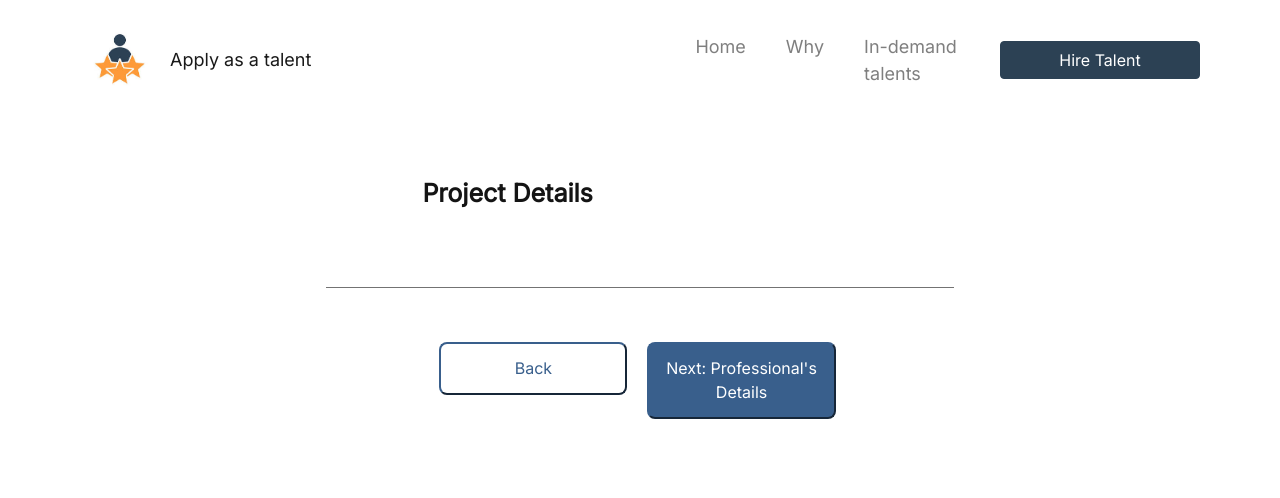
Repository: Ashwe9/talent-hire-reactJs
Page: /projectdetails
The author's editor kept a copy of each file at every save. The page is drawn from the files as they stood at one save, then again after the next save.
The browser window is 1280 px wide. The pictures show the whole page.
The project was rebuilt for these pictures with package versions that can differ from the ones it lists, and the page was loaded fresh each time. Also part of the build but not shown: src/homePage/components/TrustedBy/TrustedBy.css, src/homePage/components/TrustedBy/TrustedBy.js, src/homePage/components/Roles/Roles.css, src/homePage/components/Roles/Roles.js, src/homePage/components/homePageFooter/HomePageFooter.css, src/homePage/components/homePageFooter/HomePageFooter.js, src/homePage/HomePage.js, src/kpisPage/Header.js and 5 more.

Above is the page before, as saved 2022-08-20 12:50:07.

### public/index.html
<!DOCTYPE html>
<html lang="en">
  <head>
    <meta charset="utf-8" />
    <link rel="icon" href="%PUBLIC_URL%/favicon.ico" />
    <meta name="viewport" content="width=device-width, initial-scale=1" />
    <meta name="theme-color" content="#000000" />
    <meta
      name="description"
      content="Web site created using create-react-app"
    />
    <link rel="apple-touch-icon" href="%PUBLIC_URL%/logo192.png" />
    <link rel="manifest" href="%PUBLIC_URL%/manifest.json" />
    <link rel="stylesheet" href="https://stackpath.bootstrapcdn.com/bootstrap/4.4.1/css/bootstrap.min.css" integrity="sha384-Vkoo8x4CGsO3+Hhxv8T/Q5PaXtkKtu6ug5TOeNV6gBiFeWPGFN9MuhOf23Q9Ifjh" crossorigin="anonymous">
    <link href='https://fonts.googleapis.com/css?family=Inter' rel='stylesheet'>

    <title>App</title>
  </head>
  <body>
    <noscript>You need to enable JavaScript to run this app.</noscript>
    <div id="root"></div>
    <script src="https://code.jquery.com/jquery-3.4.1.slim.min.js" integrity="sha384-J6qa4849blE2+poT4WnyKhv5vZF5SrPo0iEjwBvKU7imGFAV0wwj1yYfoRSJoZ+n" crossorigin="anonymous"></script>
    <script src="https://cdn.jsdelivr.net/npm/popper.js@1.16.0/dist/umd/popper.min.js" integrity="sha384-Q6E9RHvbIyZFJoft+2mJbHaEWldlvI9IOYy5n3zV9zzTtmI3UksdQRVvoxMfooAo" crossorigin="anonymous"></script>
    <script src="https://stackpath.bootstrapcdn.com/bootstrap/4.4.1/js/bootstrap.min.js" integrity="sha384-wfSDF2E50Y2D1uUdj0O3uMBJnjuUD4Ih7YwaYd1iqfktj0Uod8GCExl3Og8ifwB6" crossorigin="anonymous"></script>  </body>
</html>

### src/App.js
import React from 'react'
import { BrowserRouter as Router, Route, Routes, Navigate } from 'react-router-dom';
import { HomePage } from './homePage/HomePage';
import KPISPage from './kpisPage/KPISPage';
import ProjectDetails from './projectDetails/ProjectDetails';

function App() {
  return (
    <Router>
      <Routes>
        <Route exact path="/" element={<HomePage />} />
        <Route exact path="/kpis" element={<KPISPage />} />
        <Route exact path="/projectdetails" element={<ProjectDetails />} />
        <Route exact path="*" element={<Navigate to="/" replace />}/>
      </Routes>
    </Router>
  );
}

export default App;

### src/projectDetails/ProjectDetails.js

import React from 'react'
import { Footer } from '../shared-components/Footer/Footer'
import { Navbar } from '../shared-components/Navbar/Navbar'
import Header from './Header'

const ProjectDetails = () => {
  return (
    <div>
      <Navbar />
      <Header />
      <Footer nextTitle="Next: Professional's Details" nextPath="/projectdetails" previousPath="/kpis"/>
    </div>
  )
}

export default ProjectDetails

### src/shared-components/Navbar/Navbar.js
import React from 'react'
import './Navbar.css'
import { Navigate, useNavigate } from 'react-router-dom'

export const Navbar = () => {
  let navigate = useNavigate();

  return (
    <nav className="navbar navbar-expand-lg navbar-light">
      <img src= {require('../../assets/icon.png')} className="icon"/>
      <a className="navbar-brand title" href="#">Apply as a talent</a>
      <button className="navbar-toggler" type="button" data-toggle="collapse" data-target="#navbarText" aria-controls="navbarText" aria-expanded="false" aria-label="Toggle navigation">
        <span className="navbar-toggler-icon"></span>
      </button>
      <div className="collapse navbar-collapse" id="navbarText">
        <ul className="navbar-nav mr-auto">
          <li className="nav-item">
            <a className="nav-link" href="" onClick={() => {
                navigate('/', { replace: true });
              } }>Home</a>
          </li>

          <li className="nav-item">
            <a className="nav-link" href="#">Why</a>
          </li>
          <li className="nav-item">
            <a className="nav-link" href="#">In-demand talents</a>
          </li>
        </ul>
        <span className="navbar-text">
          <button className='btn btn-dark navbar-btn'>Hire Talent</button>
        </span>
      </div>
    </nav>
  )
}

### src/shared-components/Footer/Footer.js
import React from 'react'
import './Footer.css'
import { useNavigate  } from 'react-router-dom'


export  const Footer = ({nextTitle, nextPath, previousPath}) => {

  let navigate = useNavigate();

  const goNext = () => {
    let path =  nextPath;
    navigate(path);
  };
  const goBack = () => {
    let path =  previousPath;
    navigate(path);
  };

  return (
      <footer>
        <div className='Footer-box'>
            <hr id="footer-line"/>
            <div className='buttons'>
              <button className='Footer-button-back'
              onClick={goBack}
                >Back</button>

              <button className='Footer-button-next'
              onClick={goNext}
                >{nextTitle}</button>
        </div>
        </div>
      </footer>
    )
  }

### src/projectDetails/Header.js
import React from 'react'
import './Header.css'


const Header = () => {
  return (
    <div className='header-box'>
        <p className='header-by-title'>
            Project Details
        </p>
    </div>
  )
}

export default Header

### src/shared-components/Navbar/Navbar.css
.icon{
    width: 80px;
}

.title{
    font-family: "Inter";
    font-style: normal;
    font-weight: 500;
    font-size: 18px;
    line-height: 28px;
    align-items: center;
    color: #444444;
    padding-left: 10px;
}

#navbarText{
    margin-left: 30%;
}
.navbar-items{
    margin: 0 35%;

}

.nav-item{
    font-family: "Inter";
    font-style: normal;
    font-weight: 500;
    font-size: 18px;
    align-items: center;
    color: #444444;
    padding-left: 24px;
}

.navbar-btn{
    font-family: "Inter";
    font-style: bold;
    background: #2c4154;
    /* padding: 5px 50px; */
    border-color: #2c4154;
    width: 200px;
}

.navbar{
    margin: 10px 5%;
}

@media only screen and (max-width: 600px) {
    body {
      background-color: lightblue;
    }
  }

### src/kpisPage/Header.css
.header-box{
    margin: 30px 30%;
    padding: 3%;
    padding-bottom: 0%;
    align-items: center;
    width: 35%;
}

.header-by-title{
    font-family: "Inter";
    font-style: bolder;
    font-weight: 700;
    font-size: 25px;
    line-height: 30px;
    align-items: center;
    color: #141414;
}


@media only screen and (max-width: 700px) {

    .header-by-title{
        font-size: 16px;
    }

    .header-box{
        margin-left: 40px;
        width: 100%;
    }
  }
@media only screen and (max-width: 450px) {
    .header-by-title{
        font-size: 13px;
    }
    .header-box{
        margin-left: 70px;
        width: 100%;
    }
}

### src/shared-components/Footer/Footer.css
#footer-line{
    background-color: gray;
    width: 50%;
}

.Footer-box{
    margin-top: 50px;
    padding: 1%;
}

.buttons{
    display: flex;
}

.Footer-button-back{
    margin-top: 3%;
    /* margin-left: 30%; */
    font-family: "Inter";
    font-style: normal;
    padding: 1% 1%;
    background-color: white;
    border-color: #395f8c;
    color: #395f8c;
    height: 10%;
    width: 15%;
    border-radius: 0.5rem;
    margin-left: 34%;
    margin-bottom: 10%;
}
.Footer-button-next{
    margin-top: 3%;
    /* margin-left: 30%; */
    font-family: "Inter";
    background: #395f8c;
    border-color: #395f8c;
    padding: 1% 1%;
    height: 10%;
    width: 15%;
    border-radius: 0.5rem;
    margin-bottom: 10%;
    margin-left: 20px;
    color: white;
}

@media only screen and (max-width: 700px) {
    #footer-line{
        background-color: gray;
        width: 80%;
    }
    .Footer-button-next{
        padding: 2% ;
        height: 10%;
        width: fit-content;
        margin-left: 5%;
        font-size: 12px;
    }
    .Footer-button-back{
        padding: 2% ;
        height: 10%;
        width: 20%;
        margin-left: 20%;
        font-size: 12px;
    }
}

### src/projectDetails/Header.css
.header-box{
    margin: 30px 30%;
    padding: 3%;
    padding-bottom: 0%;
    align-items: center;
    width: 35%;
}

.header-by-title{
    font-family: "Inter";
    font-style: bolder;
    font-weight: 700;
    font-size: 25px;
    line-height: 30px;
    align-items: center;
    color: #141414;
}


@media only screen and (max-width: 700px) {

    .header-by-title{
        font-size: 16px;
    }

    .header-box{
        margin-left: 40px;
        width: 100%;
    }
  }
@media only screen and (max-width: 450px) {
    .header-by-title{
        font-size: 13px;
    }
    .header-box{
        margin-left: 70px;
        width: 100%;
    }
}

Loaded but not shown: src/index.js (common file); src/reportWebVitals.js (common file); src/index.css (no stored copy; drawn as an empty file); src/kpisPage/KPISPage.css (no stored copy; drawn as an empty file)

After the next save:
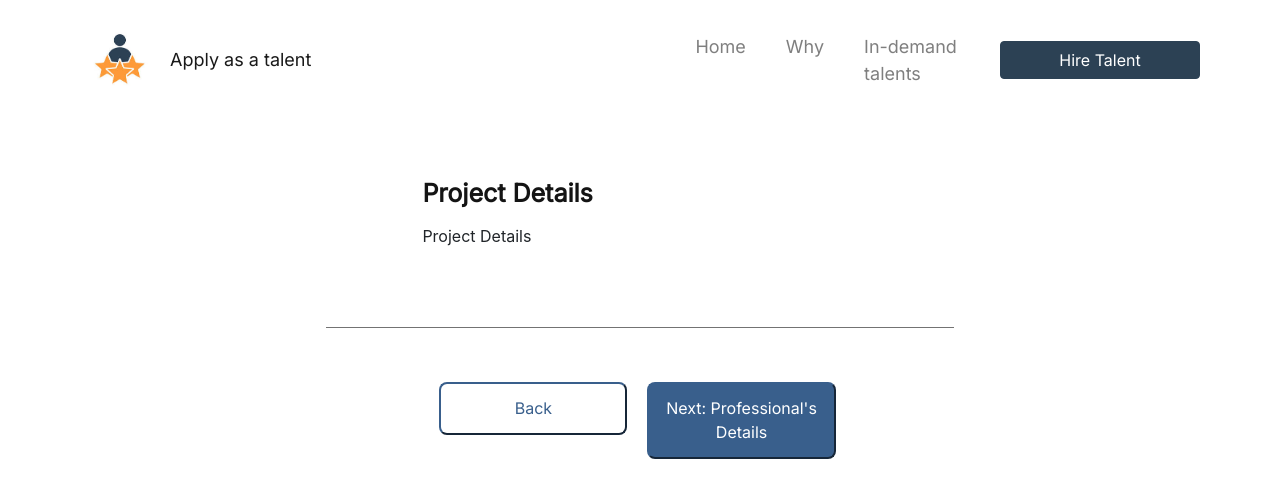
Saved 47 s later.
--- a/src/projectDetails/Header.js
+++ b/src/projectDetails/Header.js
@@ -8,6 +8,10 @@ const Header = () => {
         <p className='header-by-title'>
             Project Details
         </p>
+        <p className='header-by-question'>
+            Project Details
+        </p>
+
     </div>
   )
 }
